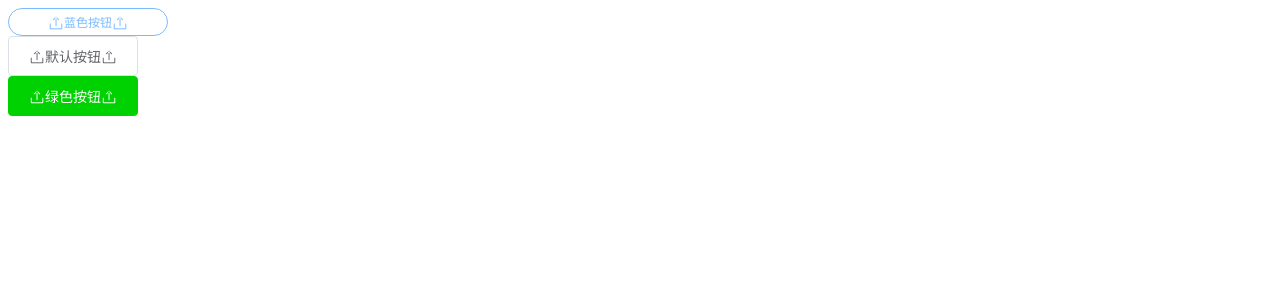
Repository: Cherry-pan/component-packing
Page: /
These files come from the project's save history. The page is drawn as it stood at one moment and after the next save; the edit follows.
The browser window is 1280 px wide. The pictures show the whole page.
The project was rebuilt for these pictures with package versions that can differ from the ones it lists, and the page was loaded fresh each time. Also part of the build but not shown: vue.config.js.

Above is the page before, as saved 2022-04-30 15:19:17.

After the next save:
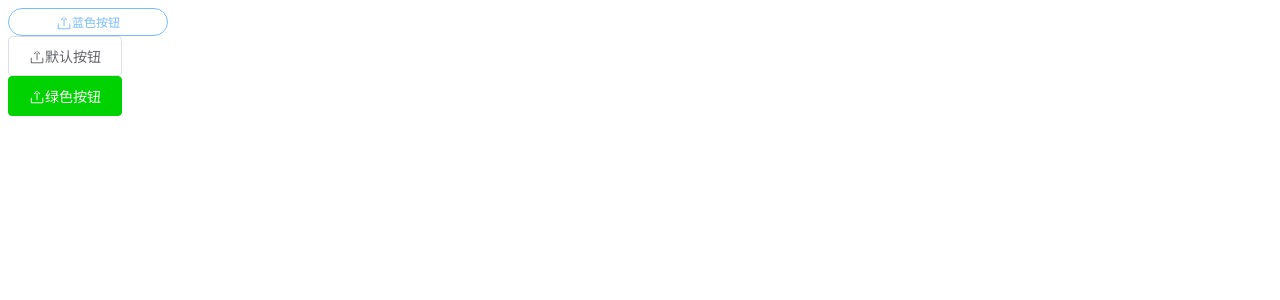
Saved 101 s later.
--- a/src/components/button/Button.vue
+++ b/src/components/button/Button.vue
@@ -9,7 +9,7 @@
       <span>
         <i class="iconfont icon-prefix icon-shangchuan" :class="iconPrefix"></i>
         <slot></slot>
-        <i class="iconfont icon-suffix icon-shangchuan"></i>
+        <i class="iconfont icon-suffix" :class="iconSuffix"></i>
       </span>
     </button>
   </div>
@@ -41,6 +41,10 @@ export default {
     prefix: {
       type: String,
       default: ""
+    },
+    suffix:{
+        type:String,
+        default:""
     }
   },
   computed: {
@@ -69,6 +73,9 @@ export default {
     },
     iconPrefix() {
       return this.prefix ? `icon-${this.prefix}` : "";
+    },
+    iconSuffix(){
+        return this.suffix ? `icon-${this.suffix}`:""
     }
   },
   data() {
